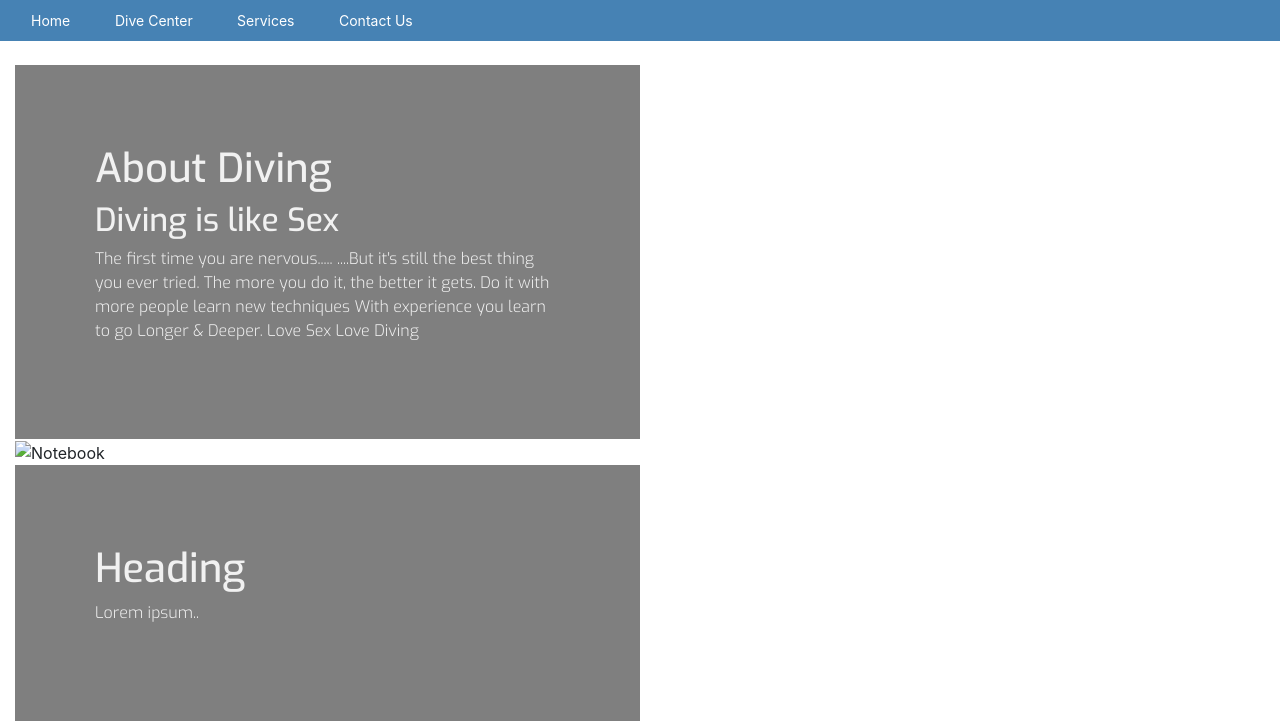
Repository: Code-Institute-Submissions/cathyann-diving.github.io
Page: home.html
The author's editor kept a record of every edit. The page is drawn from the files as they stood at one moment, then again after the next edit.
The browser window is 1280 px wide. The pictures show the whole page.

Above is the page before.
Not found: notebook.jpg

### home.html
<!DOCTYPE html>
<html lang="en">

<head>
    <meta charset="UTF-8">
    <meta name="viewport" content="width=device-width, initial-scale=1.0">
    <meta http-equiv="X-UA-Compatible" content="ie=edge">
    <link rel="stylesheet" href="https://stackpath.bootstrapcdn.com/bootstrap/4.3.1/css/bootstrap.min.css" type="text/css">
    <link rel="stylesheet" href="https://stackpath.bootstrapcdn.com/font-awesome/4.7.0/css/font-awesome.min.css" type="text/css">
    <link rel="stylesheet" href="https://cdnjs.cloudflare.com/ajax/libs/hover.css/2.3.1/css/hover-min.css" type="text/css">
    <link rel="stylesheet" href="assets/css/style.css" type="text/css">
    <title>Diving</title>
</head>

<body>
    <div class="navbar">
        <div class="col">
            <ul id="nav" class="list-inline">
                <li class="ui-menu-color-home list-inline-item">
                    <a href="#" class="hvr-sweep-to-bottom"><span>Home</span></a>
                </li>
                <li class="ui-menu-color-dive-center list-inline-item">
                    <a href="#" class="hvr-sweep-to-bottom"><span>Dive Center</span></a>
                </li>
                <li class="ui-menu-color-services list-inline-item">
                    <a href="#" class="hvr-sweep-to-bottom"><span>Services</span></a>
                </li>
                <li class="ui-menu-color-contact-us list-inline-item">
                    <a href="#" target="_blank" class="hvr-sweep-to-bottom"><span>Contact Us</span></a>
                </li>
            </ul>
        </div>
    </div>
    <div class="main container" id="Home">
        <img src="#" alt="">
        <div class="content">
        <h1>About Diving</h1>
        <h2>Diving is like Sex</h2>
        <p>The first time you are nervous.....
        ....But it's still the best thing you ever tried.
        The more you do it, the better it gets.
        Do it with more people learn new techniques
        With experience you learn to go Longer & Deeper.
            <span>Love Sex Love Diving</span>
        </p>
        </div>
    </div>
<div class="container">
  <img src="notebook.jpg" alt="Notebook" style="width:100%;">
  <div class="content">
    <h1>Heading</h1>
    <p>Lorem ipsum..</p>
  </div>
</div>




</body>

</html>

### assets/css/style.css
@import url('https://fonts.googleapis.com/css?family=Roboto:100,200,300,400,500,600,700|Exo:100,200,300,400,500,600,700');

/*--------------------------------------------Index.html */

.bg-landing {
    position: fixed;
    background-image: url("../images/jellyfish.jpg");
    display: inline-block;
    background-position: center;
    background-repeat: no-repeat;
    background-size: cover;
    height: 100%;
    width: 100%;
    transition: all .5s ease-in-out;
    -moz-transition: all .5s ease-in-out;
    -webkit-transition: all .5s ease-in-out;
}

.btn {
    position: absolute;
    top: 50%;
    left: 50%;
    transform: translate(-50%, -50%);
    -ms-transform: translate(-50%, -50%);
    background-color: #6495ed;
    color: #fff;
    font-size: 16px;
    font-family: "Roboto", sans-serif;
    font-weight: 400;
    padding: 10px 30px;
    border: none;
    border-radius: 5px;
    text-align: center;
}

.btn span {
    display: inline-block;
    position: relative;
    transition: 0.5s;
}

.btn span:after {
    content: '\00bb';
    position: absolute;
    opacity: 0;
    top: 0;
    right: -20px;
    transition: 0.5s;
}

.btn:hover span {
    padding-right: 25px;
}

.btn:hover span:after {
    opacity: 1;
    right: 0;
}

/*--------------------------------------------Fixed navbar */

.navbar {
    background-color: #4682B4;
    top: 0;
    width: 100%;
    padding: 0px;
}

.navbar a {
    display: block;
    color: #fff;
    text-align: center;
    padding: 10px 16px;
    text-decoration: none;
    font-size: 14px;
}

.navbar a:hover {
    background: #00008B;
    color: black;
}

#nav li {
    font-size: 14px;
    padding: 0;
}

#nav {
    margin: 0;
}

.span {
    display: block;
    width: 100%;
    padding-top: 5px;
    text-align: center;
    text-transform: uppercase;
    font-size: 14px;
    font-weight: 300;
    letter-spacing: 2px;
}

/*--------------------------------------------Content */

.container {
    position: relative;
    max-width: 100%;
    margin: auto;
}

.container .content {
    position: relative;
    background: rgb(0, 0, 0, 0.5);
    color: #f1f1f1;
    width: 50%;
    padding: 80px;
    font-family: "EXO", sans-serif;
    font-weight: 300;
}

After the next edit:
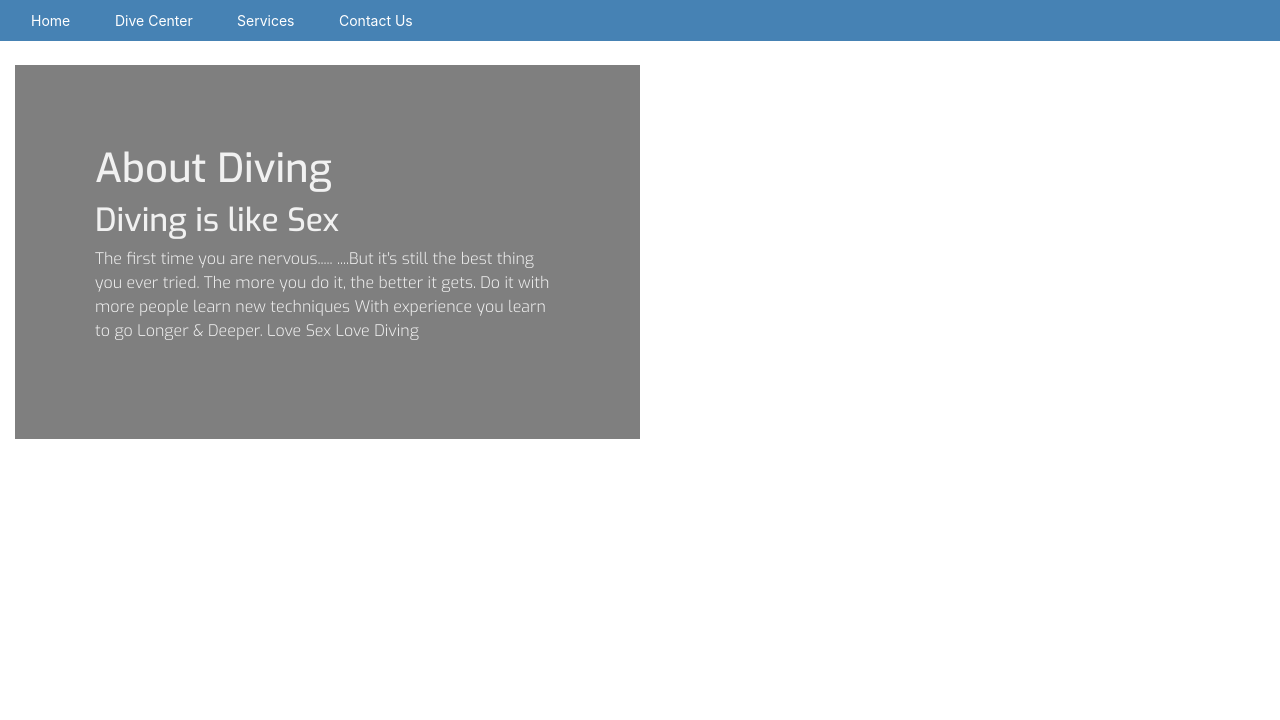
The edit:
--- a/home.html
+++ b/home.html
@@ -45,13 +45,7 @@
         </p>
         </div>
     </div>
-<div class="container">
-  <img src="notebook.jpg" alt="Notebook" style="width:100%;">
-  <div class="content">
-    <h1>Heading</h1>
-    <p>Lorem ipsum..</p>
-  </div>
-</div>
+
 
 
 
